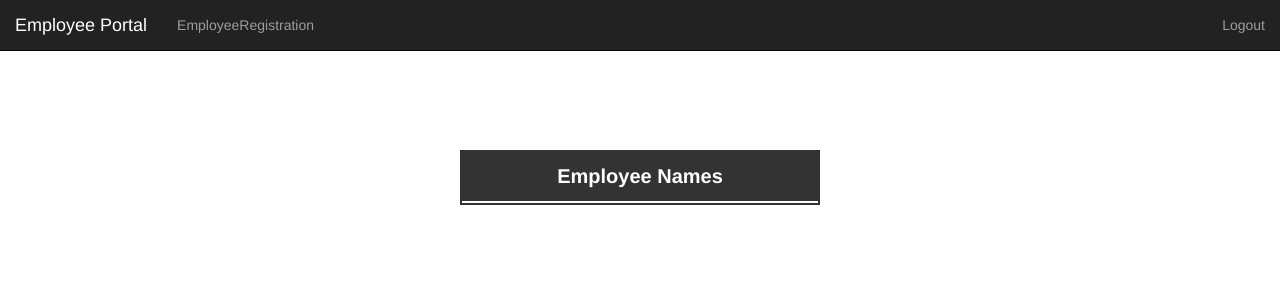
Repository: jagdishpatil18/JavaAdv
Page: http://localhost/EmployeePortal/EmployeeDetails
These files come from the project's save history. The page is drawn as it stood at one moment and after the next save; the edit follows.
The browser window is 1280 px wide. The pictures show the whole page.
Some web libraries are served in a nearby version. The page is served by Tomcat 9. The session is filled in as if someone had signed in: {"accesscount": 1, "userid": 1}. Queries for data that is not in the repository find no rows.

Above is the page before, as saved 2017-05-26 14:28:05.

After the next save:
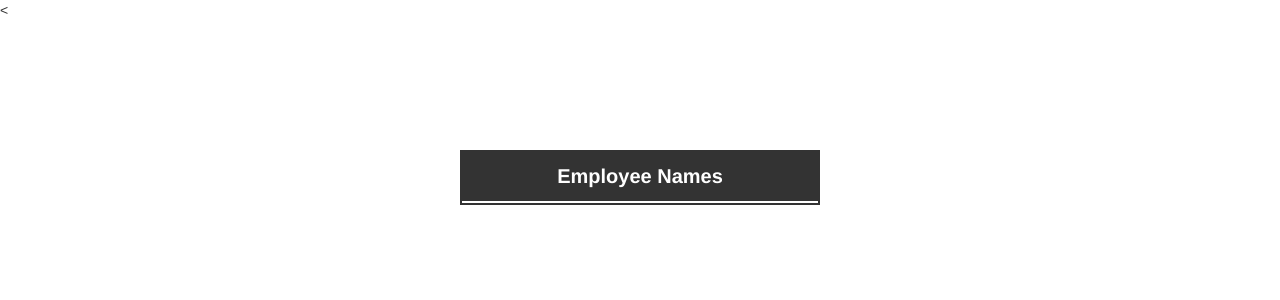
Saved 4 min 9 s later.
--- a/EmployeePortal/EmployeePortal/WebContent/EmployeeInfo.jsp
+++ b/EmployeePortal/EmployeePortal/WebContent/EmployeeInfo.jsp
@@ -108,7 +108,7 @@
 </head>
 
 <body>
-
+<%--
 <nav class="navbar navbar-inverse navbar-fixed-top">
 	<div class="container-fluid">
 		<div class="navbar-header">
@@ -125,13 +125,13 @@
 		</ul>
 
 		<ul class="nav navbar-nav navbar-right">
-			<%-- <%if(session.getAttribute("userid")==null){ %>
+			<%if(session.getAttribute("userid")==null){ %>
 			<li><a href="signup"><span class="glyphicon glyphicon-user"></span>Sign Up</a></li>
 
 			<%} %>
 			<%if(session.getAttribute("userid")==null){ %>
 			<li><a href="login"><span class="glyphicon glyphicon-log-in"></span>Login</a></li>
-			<%} %> --%>
+			<%} %>
 
 			<%if(session.getAttribute("userid")!=null){%>
 <!-- 			<li class="hli" style="float: right "><form action="Logout" method="post"  class="logout">
@@ -141,7 +141,7 @@
 		</ul>
 	<!-- 	</div> -->
 	</div>
-	</nav>
+	</nav> --%>
 
 
 

After the save that followed:
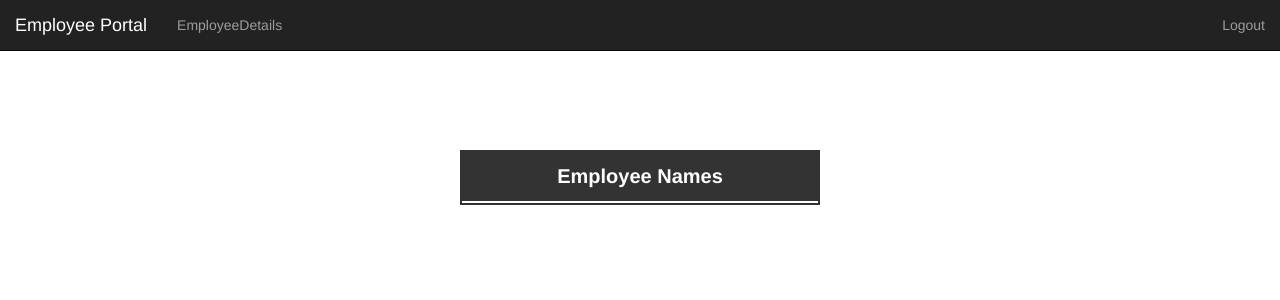
Saved 17 s later.
--- a/EmployeePortal/EmployeePortal/WebContent/EmployeeInfo.jsp
+++ b/EmployeePortal/EmployeePortal/WebContent/EmployeeInfo.jsp
@@ -144,6 +144,48 @@
 	</nav> --%>
 
 
+		<nav class="navbar navbar-inverse navbar-fixed-top">
+	<div class="container-fluid">
+		<div class="navbar-header">
+			 <button type="button" class="navbar-toggle" data-toggle="collapse" data-target="#myNavbar">
+        <span class="icon-bar"></span>
+        <span class="icon-bar"></span>
+        <span class="icon-bar"></span>
+      </button>
+			<a class="navbar-brand" >Employee Portal</a>
+		</div>
+	<!-- 	<div class="collapse navbar-collapse"> -->
+		<div class="collapse navbar-collapse" id="myNavbar">
+		<ul class="nav navbar-nav">
+			<%if(session.getAttribute("userid")!=null) {%>
+			<li><a href="EmployeeDetails">EmployeeDetails</a></li>
+			<%} %>
+
+
+
+		</ul>
+
+		<ul class="nav navbar-nav navbar-right">
+			<%-- <%if(session.getAttribute("userid")==null){ %>
+			<li><a href="signup"><span class="glyphicon glyphicon-user"></span>Sign Up</a></li>
+
+			<%} %>
+			<%if(session.getAttribute("userid")==null){ %>
+			<li><a href="login"><span class="glyphicon glyphicon-log-in"></span>Login</a></li>
+			<%} %> --%>
+
+			<%if(session.getAttribute("userid")!=null){%>
+<!-- 			<li class="hli" style="float: right "><form action="Logout" method="post"  class="logout">
+<input id="hlogout" type="submit" value="Logout" class="btn btn-primary">  -->
+			<li><a href="Logout">Logout</a></li>
+			<% }%>
+		</ul>
+	<!-- 	</div> -->
+	</div>
+	</div>
+	</nav>
+
+
 
 <div class="container">
 <div class="row">
